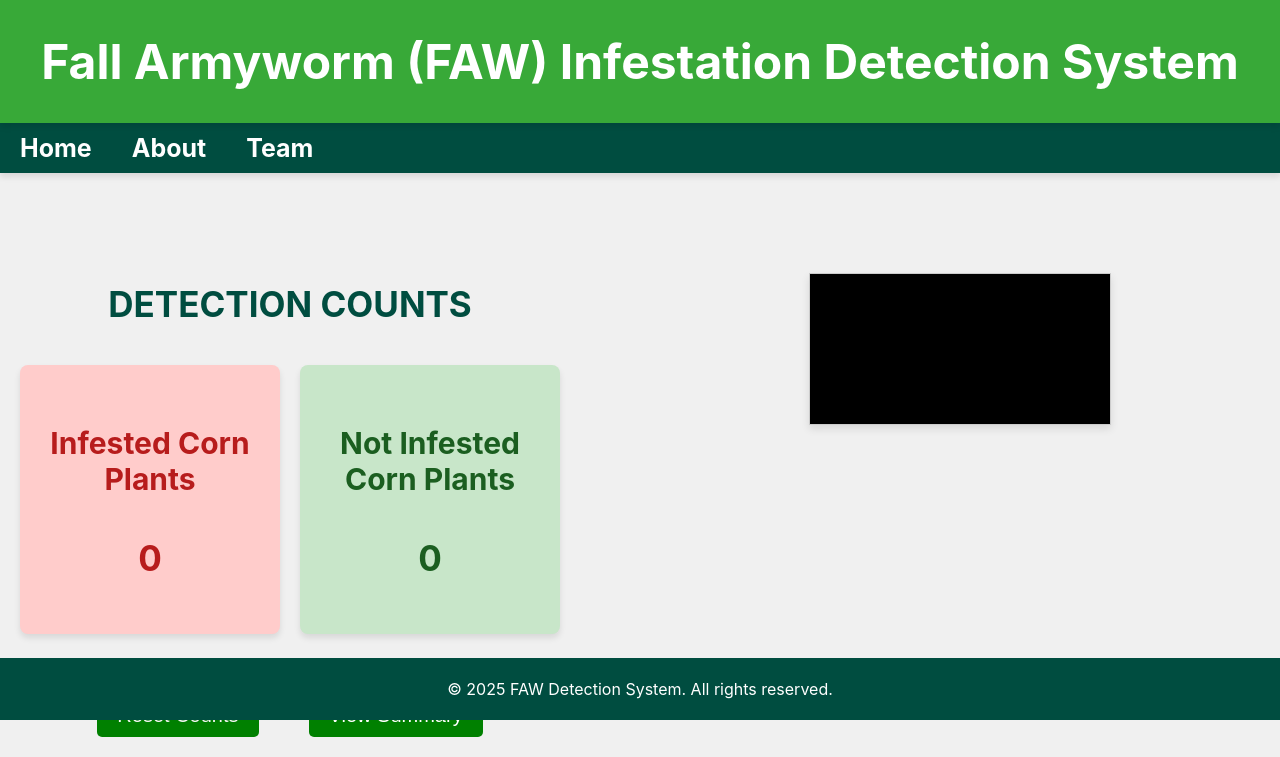
Repository: jansen223/faw-detection-main
Page: /
The author's editor kept a copy of each file at every save. The page is drawn from the files as they stood at one save, then again after the next save.
The browser window is 1280 px wide. The pictures show the whole page.
The page's requests for data from a server got no answer. The project was rebuilt for these pictures with package versions that can differ from the ones it lists, and the page was loaded fresh each time. No one was signed in, and anything a server would have sent is missing. Also part of the build but not shown: src/pages/About.css, src/pages/About.js, src/pages/Team.css, src/pages/Team.js, src/pages/Summary.css, src/pages/Summary.js.

Above is the page before, as saved 2025-04-11 21:33:01.

### public/index.html
<!DOCTYPE html>
<html lang="en">
<head>
  <meta charset="utf-8" />
  <link rel="icon" href="%PUBLIC_URL%/maize_icon.jpg" />
  <meta name="viewport" content="width=device-width, initial-scale=1" />
  <meta name="theme-color" content="#000000" />
  <meta name="description" content="FAW Detection Web Interface" />
  <title>FAW Detection</title>
</head>
<body>
  <noscript>You need to enable JavaScript to run this app.</noscript>
  <div id="root"></div>
</body>
</html>

### src/App.js
import React, { useEffect, useRef } from 'react';
import { BrowserRouter as Router, Routes, Route, Link } from 'react-router-dom';
import { io } from 'socket.io-client';
import Home from './pages/Home';
import About from './pages/About';
import Team from './pages/Team';
import Summary from './pages/Summary';
import './App.css';

function App() {
  const canvasRef = useRef(null);
  const socketRef = useRef(null);
  const [counts, setCounts] = React.useState({ infested: 0, notInfested: 0 });

  useEffect(() => {
    socketRef.current = io('http://192.168.0.77:5000');

    let lastRenderTime = 0;
    socketRef.current.on('video_frame', (data) => {
      const now = Date.now();
      if (now - lastRenderTime < 100) return; // Skip frames if less than 100ms
      lastRenderTime = now;

      const img = new Image();
      img.src = `data:[embedded picture, 38 characters]

      img.onload = () => {
        const canvas = canvasRef.current;
        if (!canvas) return;
        const ctx = canvas.getContext('2d');
        canvas.width = img.width;
        canvas.height = img.height;
        ctx.drawImage(img, 0, 0);
      };
    });

    socketRef.current.on('detection_counts', (data) => {
      setCounts({
        infested: data.infested_count,
        notInfested: data.not_infested_count
      });
    });

    return () => {
      if (socketRef.current) socketRef.current.disconnect();
    };
  }, []);

  const resetCounts = async () => {
    try {
      const response = await fetch('http://192.168.0.77:5000/reset_counts', {
        method: 'POST',
      });
      const data = await response.json();
      if (data.message) {
        setCounts({ infested: 0, notInfested: 0 });
        alert(data.message);
      }
    } catch (error) {
      console.error('Error resetting counts:', error);
    }
  };

  return (
    <Router>
      <div className="App">
        <header className="App-header">
          <h1>Fall Armyworm (FAW) Infestation Detection System</h1>
        </header>
        <nav className="App-navbar">
          <ul>
            <li><Link to="/">Home</Link></li>
            <li><Link to="/about">About</Link></li>
            <li><Link to="/team">Team</Link></li>
          </ul>
        </nav>
        <Routes>
          <Route path="/" element={<Home canvasRef={canvasRef} counts={counts} resetCounts={resetCounts} />} />
          <Route path="/about" element={<About />} />
          <Route path="/team" element={<Team />} />
          <Route path="/summary" element={<Summary />} />
        </Routes>
        <footer className="App-footer">
          <p>&copy; 2025 FAW Detection System. All rights reserved.</p>
        </footer>
      </div>
    </Router>
  );
}

export default App;

### src/pages/Home.js
import React from 'react';
import { useNavigate } from 'react-router-dom';
import './Home.css';

function Home({ canvasRef, counts, resetCounts }) {
  const navigate = useNavigate();

  return (
    <div className="layout-container">
      <div className="detection-section">
        <h3>DETECTION COUNTS</h3>
        <div className="detection-cards">
          <div className="card infested">
            <h4>Infested Corn Plants</h4>
            <p>{counts.infested}</p>
          </div>
          <div className="card not-infested">
            <h4>Not Infested Corn Plants</h4>
            <p>{counts.notInfested}</p>
          </div>
        </div>
        <button onClick={resetCounts} className="reset-button">
          Reset Counts
        </button>
        <button onClick={() => navigate('/summary')} className="view-summary-button">
          View Summary
        </button>
      </div>
      <div className="camera-section">
        <canvas ref={canvasRef} />
      </div>
    </div>
  );
}

export default Home;

### src/App.css
html {
  margin: 0;
  padding: 0;
}

body {
  margin: 0;
  padding: 0;
}

.App {
  text-align: center;
  background-color: #f0f0f0;
  min-height: 100vh;
  display: flex;
  flex-direction: column;
  align-items: center;
}

.App-header {
  background-color: rgba(9, 151, 9, 0.795);
  color: white;
  text-align: center;
  font-size: 1.5rem;
  font-weight: bold;
  box-shadow: 0 4px 6px rgba(0, 0, 0, 0.1);
  top: 0;
  z-index: 1000;
  width: 100%;
  margin: 0;
  box-sizing: border-box;
}

.App-navbar {
  background-color: #004d40;
  color: white;
  padding: 10px 0 10px 0;
  display: flex;
  justify-content: space-between;
  align-items: center;
  box-shadow: 0 4px 6px rgba(0, 0, 0, 0.1);
  width: 100%;
}

.App-navbar ul {
  list-style: none;
  display: flex;
  gap: 40px;
  margin: 0;
  padding: 0;
  padding-left: 20px;
}

.App-navbar a {
  color: white;
  text-decoration: none;
  font-weight: bold;
  font-size: 25px;
}

.App-navbar a:hover {
  text-decoration: underline;
}

.App-footer {
  background-color: #004d40;
  color: white;
  padding: 5px 20px;
  text-align: center;
  position: fixed;
  bottom: 0;
  width: 100%;
}

### src/pages/Home.css
.layout-container {
  display: flex;
  justify-content: center;
  align-items: flex-start;
  gap: 100px;
  width: 100%;
  padding: 20px;
  box-sizing: border-box;
}

.detection-section {
  flex: 1;
  max-width: 600px;
  text-align: center;
  margin-top: 90px;
}

.detection-section h3 {
  font-size: 35px;
  font-weight: bold;
  color: #004d40;
  margin: 0 0 40px 0;
}

.detection-cards {
  display: flex;
  gap: 20px;
  margin-top: 10px;
}

.detection-cards .card {
  padding: 15px;
  border-radius: 8px;
  box-shadow: 0 4px 6px rgba(0, 0, 0, 0.1);
  text-align: center;
  flex: 1;
  transition: transform 0.3s ease;
}

.detection-cards .card.infested {
  background-color: #ffcccb;
  color: #b71c1c;
  padding: 20px;
}

.detection-cards .card.not-infested {
  background-color: #c8e6c9;
  color: #1b5e20;
  padding: 20px;
}

.detection-cards .card h4 {
  font-size: 30px;
}

.detection-cards .card p {
  font-size: 35px;
  font-weight: bold;
}

.camera-section {
  flex: 2;
  display: flex;
  justify-content: center;
  max-width: 600px;
}

canvas {
  box-shadow: 0 4px 8px rgba(0, 0, 0, 0.1);
  background: black;
  margin-top: 80px;
  max-width: 100%;
  border: 1px solid #ccc;
}

.reset-button {
  margin-top: 60px;
  margin-right: 25px;
  padding: 10px 20px;
  background-color: green;
  color: whitesmoke;
  border: none;
  border-radius: 5px;
  cursor: pointer;
  font-size: 20px;
  transition: background-color 0.3s ease;
}

.reset-button:hover {
  background-color: darkgreen;
}

.view-summary-button {
  margin-top: 60px;
  margin-left: 25px;
  padding: 10px 20px;
  background-color: green;
  color: white;
  border: none;
  border-radius: 5px;
  cursor: pointer;
  font-size: 20px;
  transition: background-color 0.3s ease;
}

.view-summary-button:hover {
  background-color: darkgreen;
}

Loaded but not shown: src/index.js (common file); src/index.css (common file); src/reportWebVitals.js (common file)

After the next save:
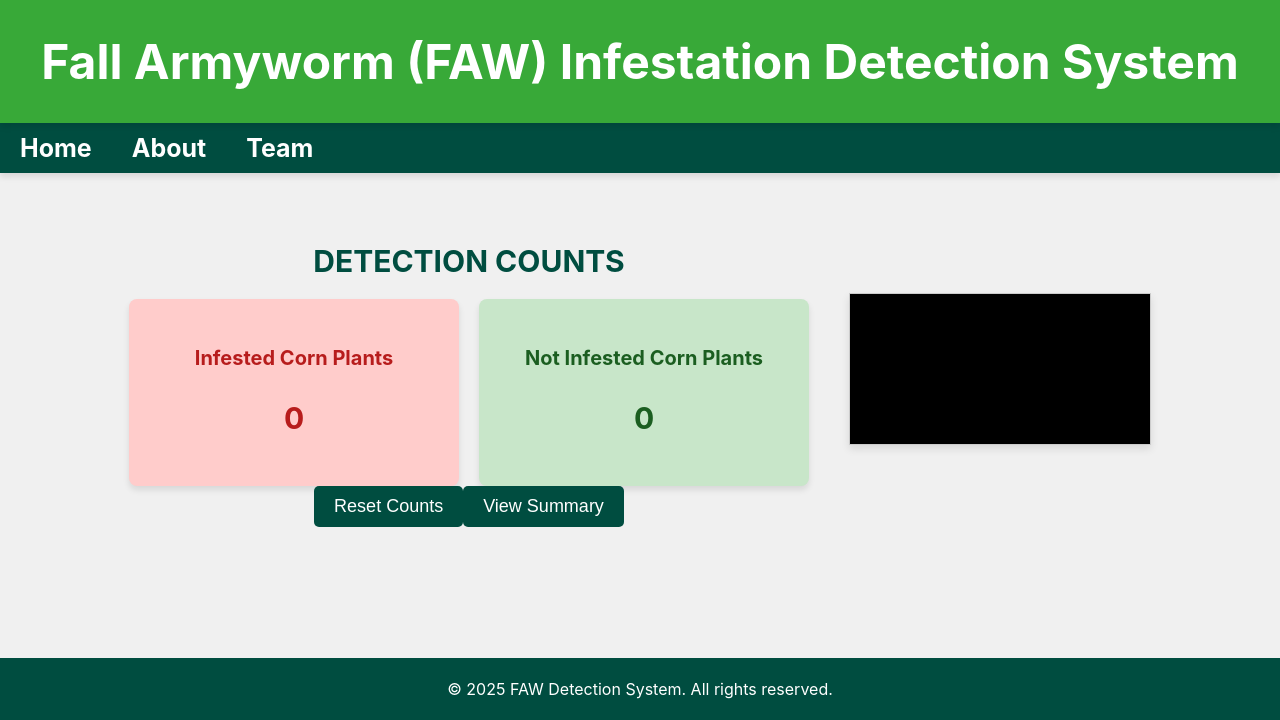
Saved 5 h 21 min later.
--- a/src/pages/Home.css
+++ b/src/pages/Home.css
@@ -1,108 +1,106 @@
 .layout-container {
   display: flex;
-  justify-content: center;
+  flex-wrap: wrap; /* Allow wrapping for smaller screens */
+  justify-content: center; /* Center content horizontally */
   align-items: flex-start;
-  gap: 100px;
   width: 100%;
   padding: 20px;
   box-sizing: border-box;
+  gap: 40px; /* Add spacing between sections */
 }
 
 .detection-section {
   flex: 1;
-  max-width: 600px;
+  max-width: 680px;
   text-align: center;
-  margin-top: 90px;
+  margin-top: 20px;
 }
 
 .detection-section h3 {
-  font-size: 35px;
+  font-size: 30px;
   font-weight: bold;
   color: #004d40;
-  margin: 0 0 40px 0;
+  margin-bottom: 20px;
 }
 
 .detection-cards {
   display: flex;
+  flex-wrap: wrap; /* Allow wrapping for smaller screens */
   gap: 20px;
-  margin-top: 10px;
+  justify-content: center; /* Center cards horizontally */
 }
 
 .detection-cards .card {
-  padding: 15px;
+  padding: 20px;
   border-radius: 8px;
   box-shadow: 0 4px 6px rgba(0, 0, 0, 0.1);
   text-align: center;
   flex: 1;
-  transition: transform 0.3s ease;
+  max-width: 300px; /* Limit card width */
+  transition: transform 0.3s ease, box-shadow 0.3s ease;
+}
+
+.detection-cards .card:hover {
+  transform: translateY(-5px); /* Add hover effect */
+  box-shadow: 0 6px 10px rgba(0, 0, 0, 0.2);
 }
 
 .detection-cards .card.infested {
   background-color: #ffcccb;
   color: #b71c1c;
-  padding: 20px;
 }
 
 .detection-cards .card.not-infested {
   background-color: #c8e6c9;
   color: #1b5e20;
-  padding: 20px;
 }
 
 .detection-cards .card h4 {
-  font-size: 30px;
+  font-size: 20px;
 }
 
 .detection-cards .card p {
-  font-size: 35px;
+  font-size: 30px;
   font-weight: bold;
 }
 
 .camera-section {
-  flex: 2;
   display: flex;
   justify-content: center;
-  max-width: 600px;
+  align-items: center;
+  padding-top: 100px;
 }
 
 canvas {
   box-shadow: 0 4px 8px rgba(0, 0, 0, 0.1);
   background: black;
-  margin-top: 80px;
   max-width: 100%;
   border: 1px solid #ccc;
+  display: flex;
+  justify-content: center;
+  align-items: center;
 }
 
-.reset-button {
-  margin-top: 60px;
-  margin-right: 25px;
-  padding: 10px 20px;
-  background-color: green;
-  color: whitesmoke;
-  border: none;
-  border-radius: 5px;
-  cursor: pointer;
-  font-size: 20px;
-  transition: background-color 0.3s ease;
+.options {
+  display: flex;
+  justify-content: center;
+  gap: 20px;
+  margin-top: 20px;
 }
 
-.reset-button:hover {
-  background-color: darkgreen;
-}
-
+.reset-button,
 .view-summary-button {
-  margin-top: 60px;
-  margin-left: 25px;
   padding: 10px 20px;
-  background-color: green;
+  background-color: #004d40;
   color: white;
   border: none;
   border-radius: 5px;
   cursor: pointer;
-  font-size: 20px;
+  font-size: 18px;
   transition: background-color 0.3s ease;
 }
 
+.reset-button:hover,
 .view-summary-button:hover {
-  background-color: darkgreen;
+  background-color: #00695c;
 }
